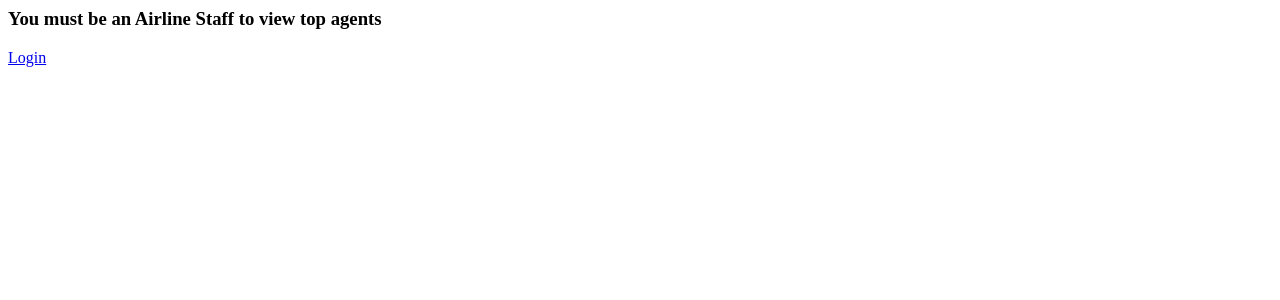
Repository: farhasan/Poly-Airlines
Page: http://localhost/features/top_customers.php
The author's editor kept a record of every edit. The page is drawn from the files as they stood at one moment, then again after the next edit.
The browser window is 1280 px wide. The pictures show the whole page.
The page is run by PHP 8.4 with error messages shown; the project is at /var/www/html/.

Above is the page before.

After the next edit:
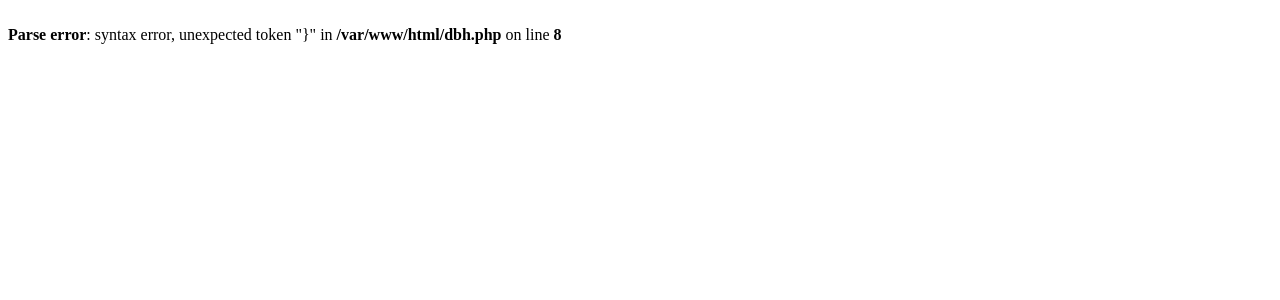
The edit:
--- a/dbh.php
+++ b/dbh.php
@@ -4,5 +4,7 @@
 
 if(!$conn)
 {
+    die()
+}
 
-}
+?>

After the edit that followed:
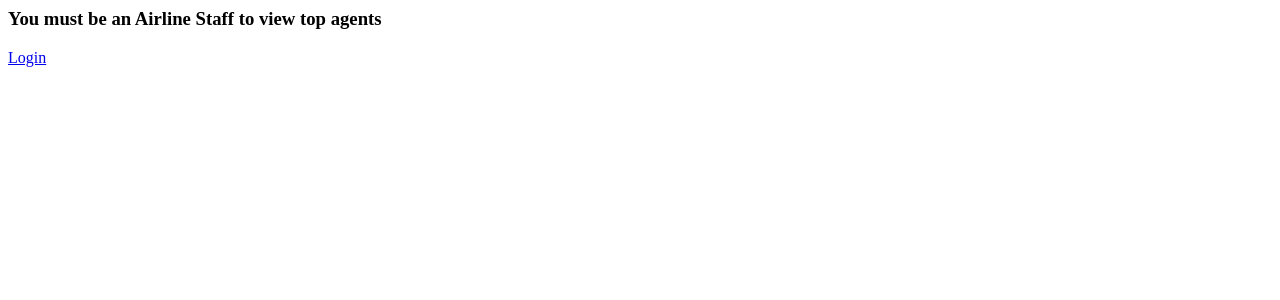
The edit:
--- a/dbh.php
+++ b/dbh.php
@@ -4,7 +4,7 @@
 
 if(!$conn)
 {
-    die()
+    die("Connection failed: ".mysqli_connect_error());
 }
 
 ?>
